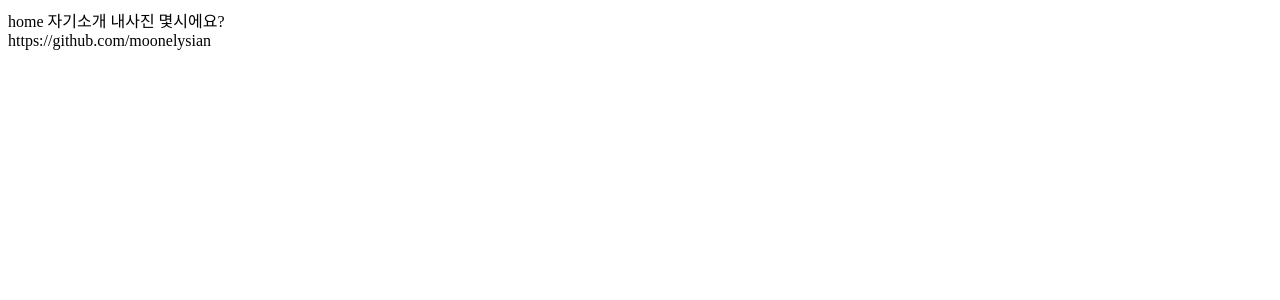
Repository: moonelysian/edwith-
Page: BE_PJT1-1/WebContent/index.html
The author's editor kept a copy of each file at every save. The page is drawn from the files as they stood at one save, then again after the next save.
The browser window is 1280 px wide. The pictures show the whole page.

Above is the page before, as saved 2019-08-07 04:49:45.

### BE_PJT1-1/WebContent/index.html
<!DOCTYPE html>
<html>
	<head>
		<meta charset="UTF-8">
		<title>ABOUT ME</title>
	</head>
	<body>
		<nav>
			<a link="index.html">home</a>
			<a link="aboutme.html">자기소개</a>
			<a link="picture.html">내사진</a>
			<a>몇시에요?</a>
		</nav>

	</body>
	<footer>
		https://github.com/moonelysian
	</footer>
</html>

After the next save:
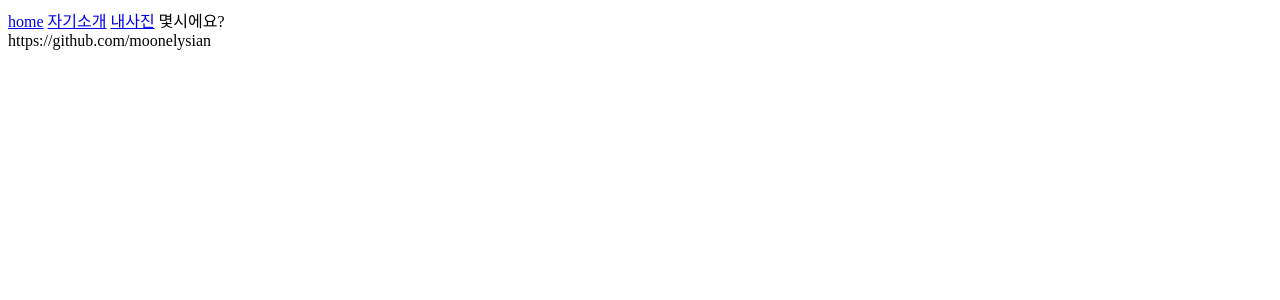
Saved 78 s later.
--- a/BE_PJT1-1/WebContent/index.html
+++ b/BE_PJT1-1/WebContent/index.html
@@ -6,9 +6,9 @@
 	</head>
 	<body>
 		<nav>
-			<a link="index.html">home</a>
-			<a link="aboutme.html">자기소개</a>
-			<a link="picture.html">내사진</a>
+			<a href="index.html">home</a>
+			<a href="aboutme.html">자기소개</a>
+			<a href="picture.html">내사진</a>
 			<a>몇시에요?</a>
 		</nav>
 
